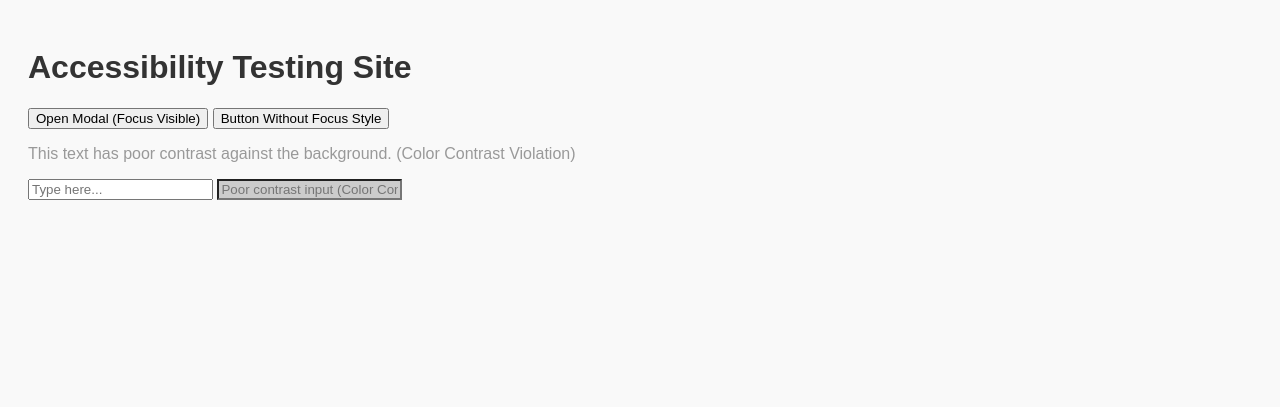
Repository: SumanReddy18/wcag_helper
Page: a11y_type_c/index.html
The author's editor kept a copy of each file at every save. The page is drawn from the files as they stood at one save, then again after the next save.
The browser window is 1280 px wide. The pictures show the whole page.

Above is the page before, as saved 2024-09-27 13:28:33.

After the next save:
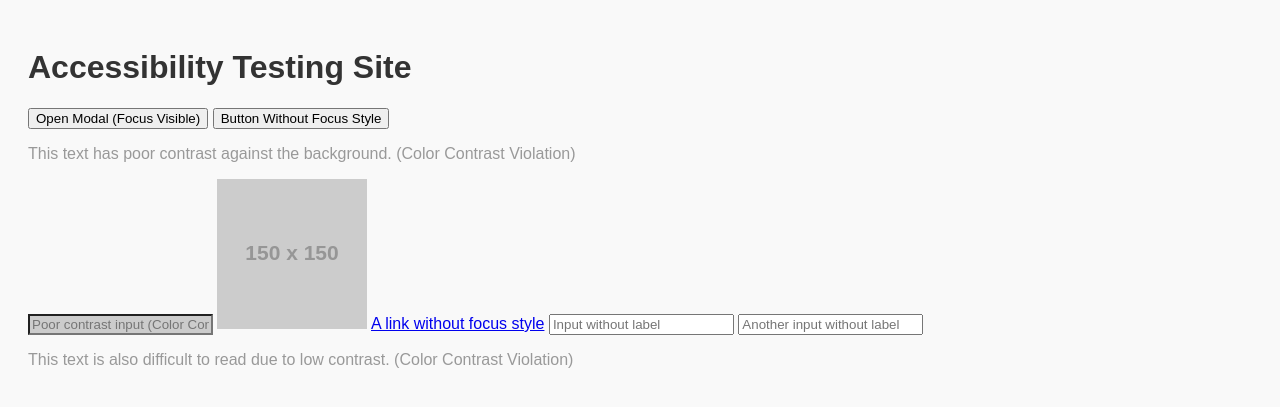
Saved 76 s later.
--- a/a11y_type_c/index.html
+++ b/a11y_type_c/index.html
@@ -11,16 +11,24 @@
 <body>
     <h1>Accessibility Testing Site</h1>
 
-    <!-- Focus visible violation -->
+    <!-- Button with focus visible -->
     <button id="openModal">Open Modal (Focus Visible)</button>
     <button id="noFocus" class="no-focus">Button Without Focus Style</button> <!-- No focus style -->
 
     <!-- Color contrast violation -->
     <p style="color: #999;">This text has poor contrast against the background. (Color Contrast Violation)</p>
-
-    <input type="text" placeholder="Type here..." aria-label="Input field">
     <input type="text" style="color: #fff; background: #ccc;"
         placeholder="Poor contrast input (Color Contrast Violation)">
+
+    <!-- Missing Alt Text violation -->
+    <img src="https://via.placeholder.com/150" alt="" class="missing-alt-text" /> <!-- Missing alt text -->
+
+    <!-- Link without focus style violation -->
+    <a href="#" class="no-focus-link">A link without focus style</a> <!-- No focus style -->
+
+    <!-- Form with missing labels -->
+    <input type="text" placeholder="Input without label" aria-label="Input without label" />
+    <input type="text" class="no-label" placeholder="Another input without label" /> <!-- Missing label -->
 
     <!-- Focus management violations -->
     <div id="myModal" class="modal hidden">
@@ -34,6 +42,10 @@
         </div>
     </div>
 
+    <!-- Poor color contrast violation -->
+    <p class="color-contrast-issue">This text is also difficult to read due to low contrast. (Color Contrast Violation)
+    </p>
+
     <script src="script.js"></script>
 </body>
 
